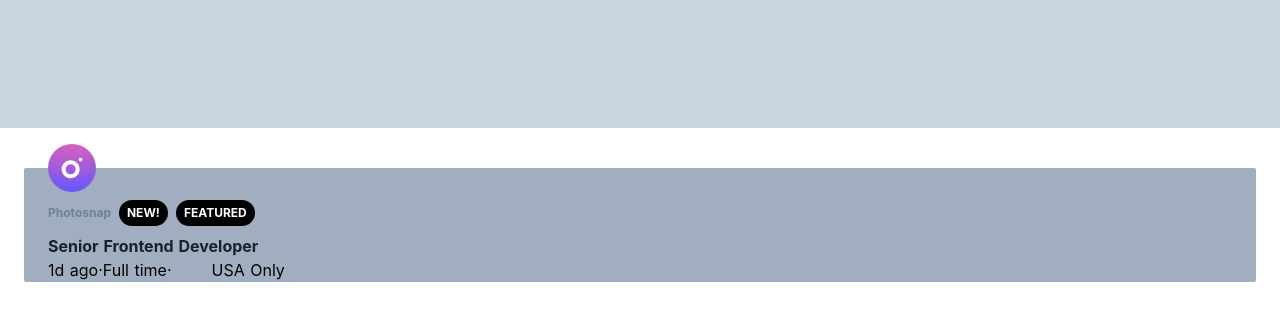
Repository: asongdon/frontendmentor-joblisting
Page: /
An editor plug-in stored every save of this project. The page is shown before and after the next save, followed by the edit.
The browser window is 1280 px wide. The pictures show the whole page.
The project was rebuilt for these pictures with package versions that can differ from the ones it lists, and the page was loaded fresh each time. The framework's server and built-in components were replaced by stand-ins that run in the browser. Also part of the build but not shown: nuxt.config.js.

Above is the page before, as saved 2020-04-12 18:50:33.

After the next save:
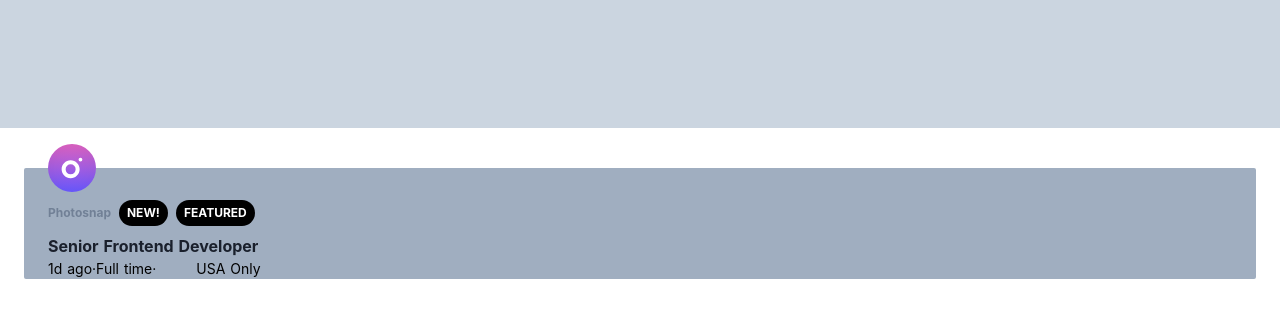
Saved 8 s later.
--- a/components/Maincard.vue
+++ b/components/Maincard.vue
@@ -21,7 +21,7 @@
       Senior Frontend Developer
     </div>
 
-    <div class="flex">
+    <div class="flex text-sm">
       <div>1d ago</div>
       <div>·</div>
       <div>Full time</div>
